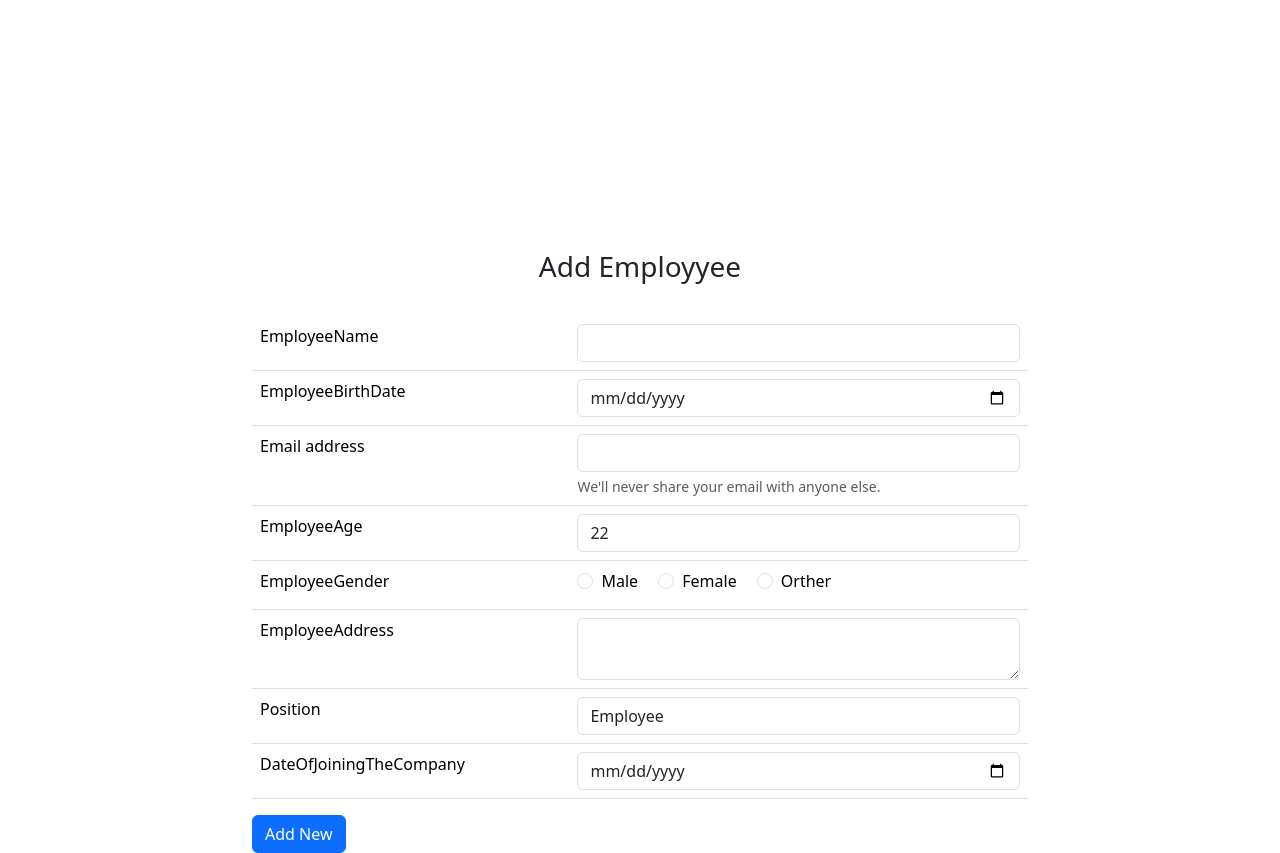
Repository: tranhuuan1703/BaiTapServlet
Page: http://localhost/bai_tap_jsp_servlet/views/Add.jsp
The author's editor kept a copy of each file at every save. The page is drawn from the files as they stood at one save, then again after the next save.
The browser window is 1280 px wide. The pictures show the whole page.
Some web libraries are served in a nearby version. The page is served by Tomcat 9.

Above is the page before, as saved 2024-08-13 03:31:26.

After the next save:
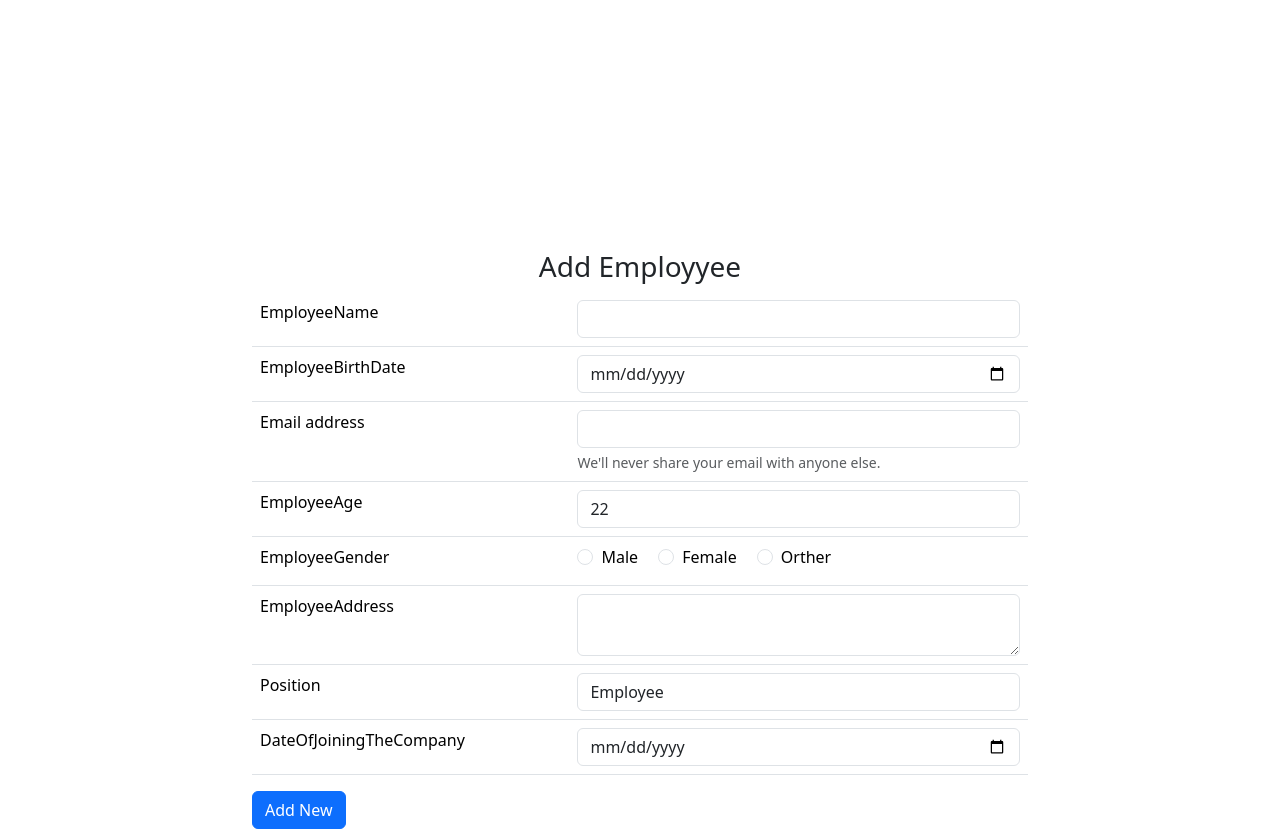
Saved 39 s later.
--- a/bai_tap_jsp_servlet/bai_tap_jsp_servlet/src/main/webapp/views/Add.jsp
+++ b/bai_tap_jsp_servlet/bai_tap_jsp_servlet/src/main/webapp/views/Add.jsp
@@ -32,9 +32,10 @@
                   <td><label for="nameEmployee" class="form-label">EmployeeName</label></td>
                   <td>
                      <input type="text" class="form-control" id="nameEmployee" aria-describedby="emailHelp" name="nameEmployee" required="required" pattern="^[^\d]+$">
-                  </td><br>
+                     <span class="rq">${msgUserName}</span>
+                  </td>
 
-                  	<span class="rq">${msgUserName}</span>
+
 
 
                </tr>
